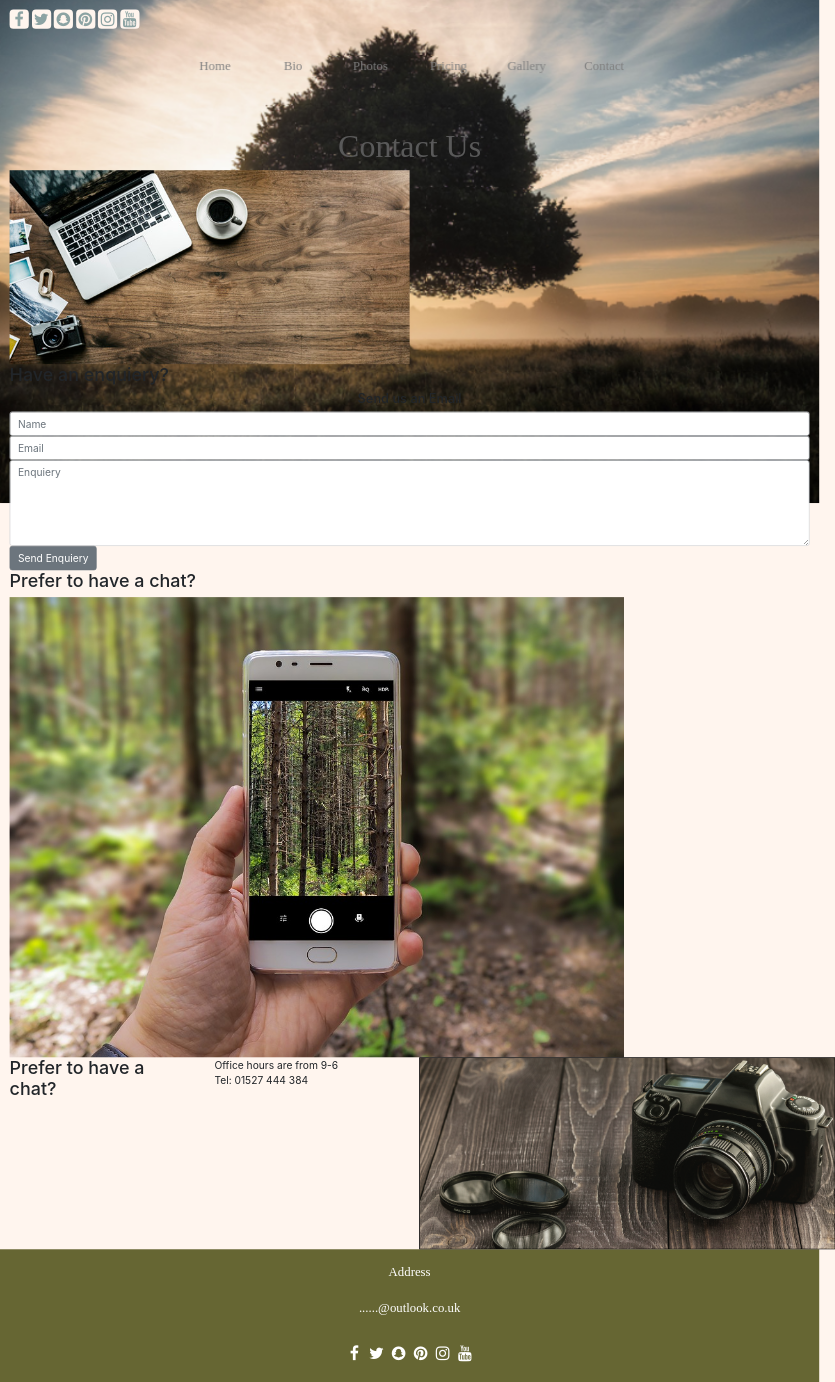
Repository: elizabeth24602/LoaderMedia
Page: contact.html
The author's editor kept a record of every edit. The page is drawn from the files as they stood at one moment, then again after the next edit.
The browser window is 1280 px wide. The page is 1305 px wide, so the pictures cover 1305 px, including what lies to the right of the window. The pictures show the whole page, at 64% of full size.
Some web fonts or font styles are not loaded; a fallback is used.

Above is the page before.
Console error: ReferenceError: emailjs is not defined
Not found: Assests/images/

After the next edit:
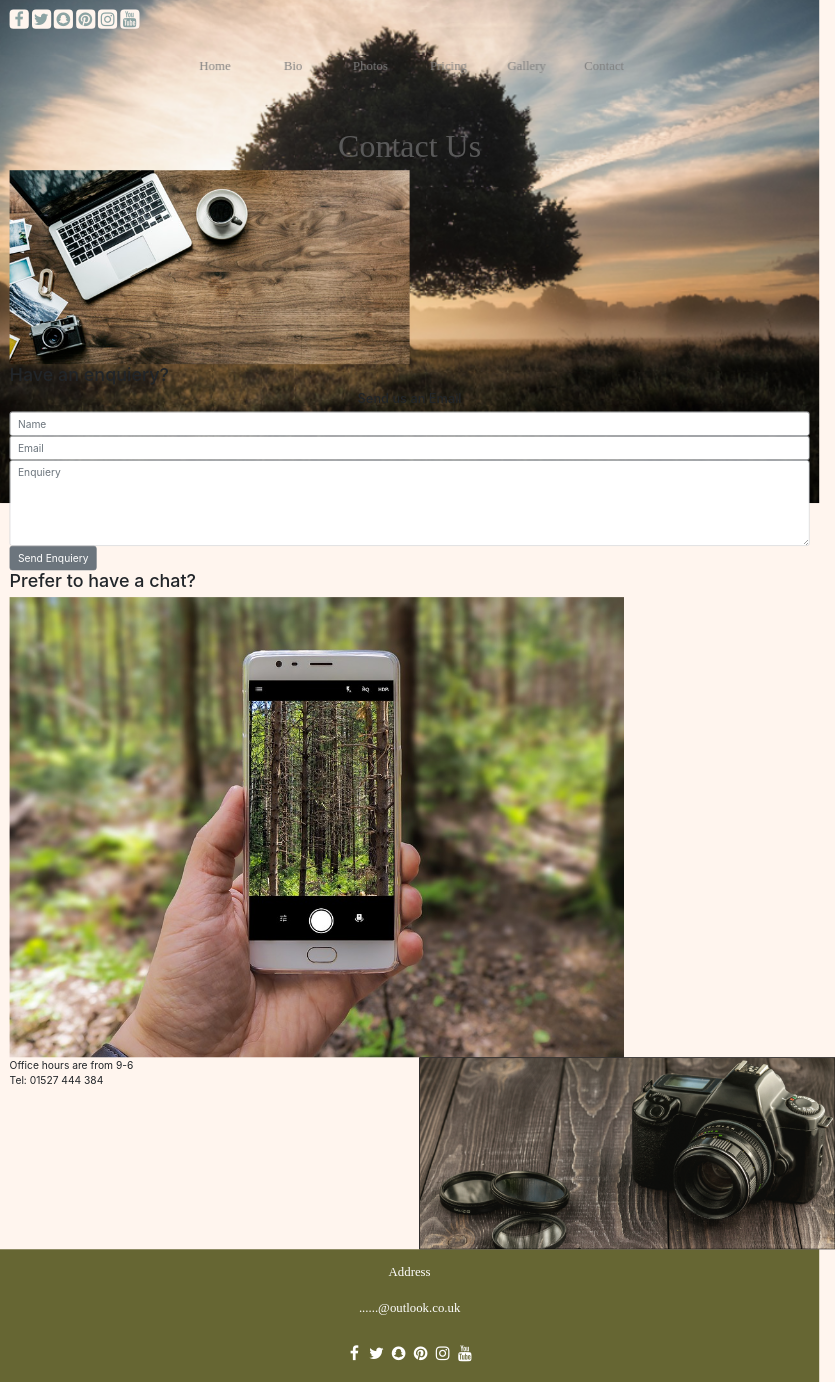
The edit:
--- a/contact.html
+++ b/contact.html
@@ -138,10 +138,7 @@
         <div class="col-sm-12">
             <img class="phone" src="Assests/images/phone.jpg" alt="phone"></img>
         </div>
-        <div class="col-sm-3">
-            <h3 class="chat">Prefer to have a chat?</h3>
-           </div>
-           <div class="col-sm-3">
+        <div class="col-sm-6">
             <p class="number">Office hours are from 9-6<br>
             Tel: 01527 444 384</p>
         </div>
